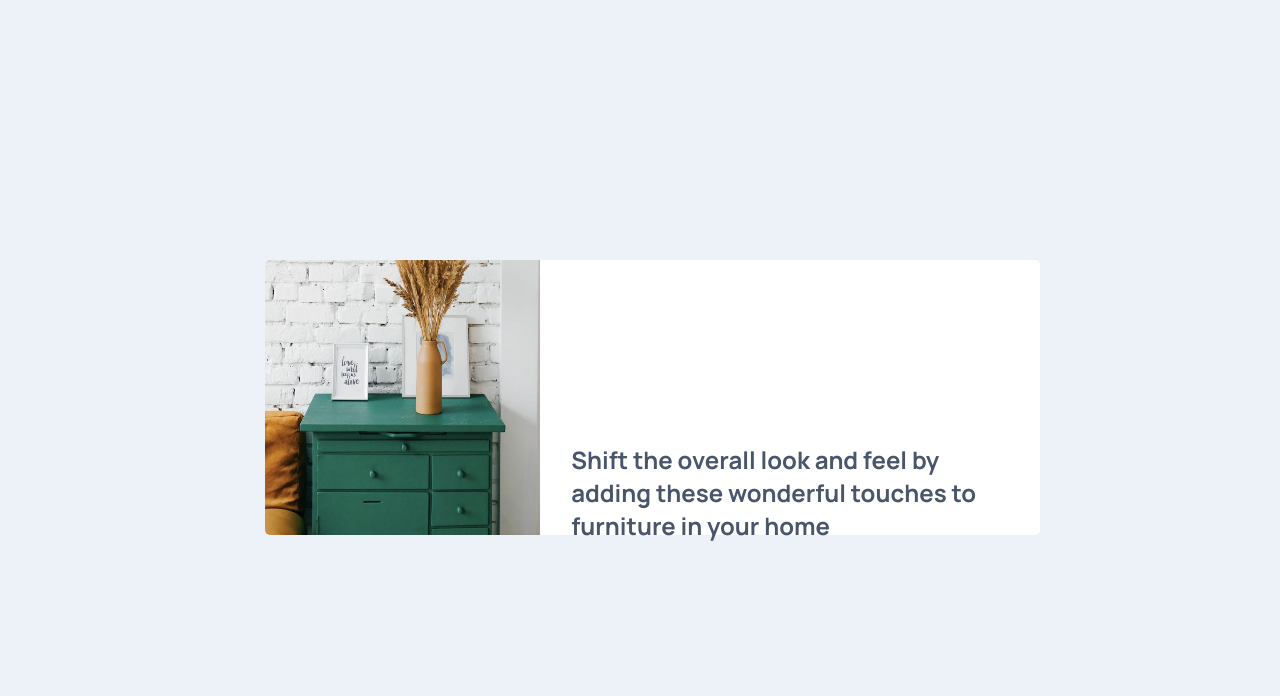
Repository: ricky603/training-css
Page: article-preview-component-master/index.html
An editor plug-in stored every save of this project. The page is shown before and after the next save, followed by the edit.
The browser window is 1280 px wide. The pictures show the whole page.

Above is the page before, as saved 2020-09-09 08:29:50.

### article-preview-component-master/index.html
<!DOCTYPE html>
<html lang="en">

<head>
    <meta charset="UTF-8">
    <meta name="viewport" content="width=device-width, initial-scale=1.0">
    <!-- displays site properly based on user's device -->

    <link rel="icon" type="image/png" sizes="32x32" href="./images/favicon-32x32.png">
    <link rel="stylesheet" href="./styles.css">
    <link href="https://fonts.googleapis.com/css2?family=Manrope:wght@500;700&display=swap" rel="stylesheet">

    <title>Frontend Mentor | Article preview component</title>

    <!-- Feel free to remove these styles or customise in your own stylesheet 👍 -->
</head>

<body>
    <div class="article">
        <div id="image">
            <img src="./images/drawers.jpg" class="drawer">
        </div>

        <div class="post">
            <div class="head">
                <h2>Shift the overall look and feel by adding these wonderful touches to furniture in your home</h2>
            </div>
        </div>
    </div>


</body>

</html>

<!--

  Ever been in a room and felt like something was missing? Perhaps
  it felt slightly bare and uninviting. I’ve got some simple tips
  to help you make any room feel complete.

  Michelle Appleton
  28 Jun 2020

  Share -->

### article-preview-component-master/styles.css
body {
    background-color: hsl(210, 46%, 95%);
}

h2 {
    font-family: 'Manrope';
    font-weight: 700;
}

#image {
    display: inline-block;
}

.post {
    display: inline-block;
    width: 57%;
    margin: 3.5%;
    bottom: 10px;
}

.head {
    display: inline-block;
    color: hsl(217, 19%, 35%);
}

.article {
    position: fixed;
    width: 775px;
    height: 275px;
    background-color: white;
    margin: auto;
    top: 50%;
    left: 50%;
    margin-top: -100px;
    margin-left: -375px;
    border-radius: 5px;
}

.drawer {
    width: 275px;
    height: 275px;
    border-radius: 5px 0 0 5px;
}

.attribution {
    font-size: 11px;
    text-align: center;
}

.attribution a {
    color: hsl(228, 45%, 44%);
}

After the next save:
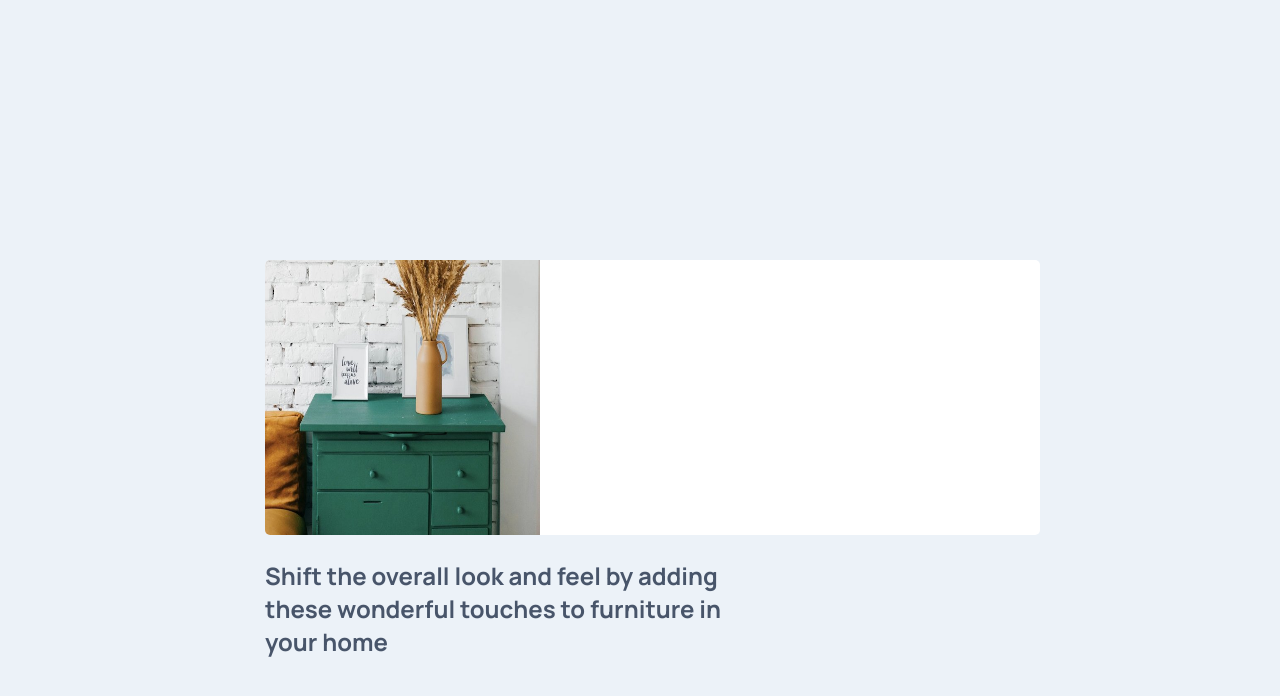
Saved 107 s later.
--- a/article-preview-component-master/styles.css
+++ b/article-preview-component-master/styles.css
@@ -13,9 +13,8 @@ h2 {
 
 .post {
     display: inline-block;
-    width: 57%;
-    margin: 3.5%;
-    bottom: 10px;
+    width: 500px;
+    height: 275px;
 }
 
 .head {
